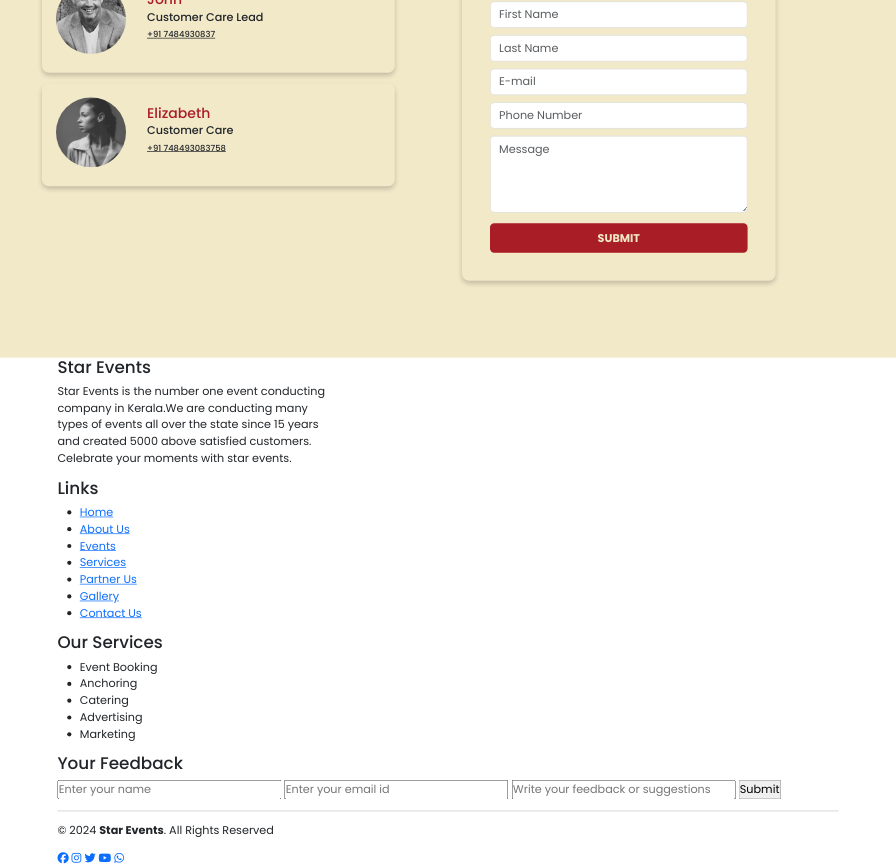
Repository: SharonSebastian32/Event-Management-System-
Page: index.html
These files come from the project's save history. The page is drawn as it stood at one moment and after the next save; the edit follows.
The browser window is 1280 px wide. The pictures show the part of the page from y = 4490 to 6410 px (the page is 5729 px tall before and 6410 px after), at 70% of full size.
A picture or video elsewhere on the page could not be fetched, so the positions and the page height are approximate. Some web libraries are served in a nearby version.

Above is the page before, as saved 2024-09-06 12:30:11.
Not found: assets/css/ContactUs.css

### index.html
<!DOCTYPE html>
<html lang="en">
  <head>
    <meta charset="UTF-8" />
    <meta name="viewport" content="width=device-width, initial-scale=1.0" />
    <link rel="icon" type="image/x-icon" href="./Assets/images/aa.png" />
    <title>Star Events</title>
    <link
      rel="stylesheet"
      href="https://cdnjs.cloudflare.com/ajax/libs/font-awesome/5.15.4/css/all.min.css"
    />
    <link rel="stylesheet" href="./Css/Styles.css" />

    <!-- conatct us  style -->
    <link rel="stylesheet" href="/assets/css/ContactUs.css" />
    <link
      href="https://cdn.jsdelivr.net/npm/bootstrap@5.3.0/dist/css/bootstrap.min.css"
      rel="stylesheet"
    />

    <!-- footer link  style   -->
    <link
      rel="stylesheet"
      href="https://cdnjs.cloudflare.com/ajax/libs/font-awesome/6.6.0/css/all.min.css"
      integrity="sha512-Kc323vGBEqzTmouAECnVceyQqyqdsSiqLQISBL29aUW4U/M7pSPA/gEUZQqv1cwx4OnYxTxve5UMg5GT6L4JJg=="
      crossorigin="anonymous"
      referrerpolicy="no-referrer"
    />
  </head>
  <body>
    <!-- hero section start -->
    <nav>
      <div class="nav-container">
        <div class="logo">
          <a href="#home">
            <img src="./Assets/images/aa.png" alt="Event Management Logo" />
          </a>
        </div>
        <ul class="nav-links">
          <li><a href="#home">HOME</a></li>
          <li><a href="#about">ABOUT US</a></li>
          <li><a href="#events-sect">EVENTS</a></li>
          <li><a href="#services">SERVICES</a></li>
          <li><a href="#partners us">PARTNERS US</a></li>
          <li><a href="#gallery">GALLERY</a></li>
          <li><a href="#contact-us">CONTACT US</a></li>
        </ul>
        <div class="sign-in">
          <a href="#login">SIGN IN</a>
        </div>
      </div>
    </nav>

    <!-- Section for Event Management Video -->
    <section class="video-section">
      <video autoplay muted loop>
        <source src="./Assets/videos/aa.mp4" type="video/mp4" />
        Your browser does not support the video tag.
      </video>
    </section>

    <!-- hero section end -->

    <!-- about us section  start-->
    <section id="about" class="about-us-section">
      <div class="about-container">
        <div class="about-text">
          <h2>ABOUT US</h2>
          <p>
            We are a leading event management company specializing in creating
            unforgettable experiences for our clients. With a team of passionate
            professionals, we bring ideas to life and turn your vision into
            reality.
          </p>
          <p>
            Whether it’s a corporate event, wedding, or private celebration, our
            attention to detail and personalized approach ensures that every
            event is a success.
          </p>
        </div>
        <div class="about-image">
          <img src="./Assets/images/about-us.jpg" alt="About Us" />
        </div>
      </div>
    </section>
    <!-- about us section  ends-->

    <!-- events section start -->

    <section id="events-sect" style="background-color: #f2e9c9">
      <center>
        <h1
          style="font-size: 45px; color: #a91d26; padding-top: 10px"
          data-aos="zoom-in"
        >
          EVENTS
        </h1>
        <form class="search-form" data-aos="flip-down">
          <input
            type="text"
            name="search"
            id="search"
            placeholder="Search events by name, category, price"
            data-aos="flip-down"
          />
          <button type="submit">Search</button>
        </form>
      </center>
      <div class="event-container" id="event-container">
        <!-- Event cards will be injected here by JavaScript -->
      </div>
      <div id="event-modal" class="modal" data-aos="fade-in">
        <div class="modal-content">
          <span class="close">&times;</span>
          <h2>Event Details</h2>
          <p id="event-description">Details will be displayed here.</p>
          <br />
          <a
            href="https://sharonsebastian32.github.io/razorpaypaymentgateway_implementation/"
            target="_blank"
          >
            <button class="view-details-btn">Register Now</button>
          </a>
        </div>
      </div>
    </section>

    <!-- events section end -->

    <!-- conatct us section -->
    <div class="container-fluid contact_us" id="contact-us">
      <h2>CONTACT-US</h2>
      <h6>Our team of customer care is ready to hear from you.</h6>

      <div class="row main_section">
        <div class="col-md-6 section1">
          <h3>Customer Care</h3>
          <p>
            Not sure where to start? Need help adding that extra mojo to your
            landing page? Just visit our
            <span>hepl center</span> or get in touch with us:
          </p>
          <div class="customer_care">
            <div class="customer_care_profile">
              <div class="profile_img">
                <img src="./Assets/images/men.jpg" alt="customer_care" />
              </div>
              <div class="profile_details">
                <h5>John</h5>
                <h6>Customer Care Lead</h6>
                <p>+91 7484930837</p>
              </div>
            </div>
            <div class="customer_care_profile">
              <div class="profile_img">
                <img src="./Assets/images/women.jpg" alt="customer_care" />
              </div>
              <div class="profile_details">
                <h5>Elizabeth</h5>
                <h6>Customer Care</h6>
                <p>+91 748493083758</p>
              </div>
            </div>
          </div>
        </div>
        <div class="col-md-6 section2">
          <h3>Reach out of us!</h3>
          <p>
            Got a question about us? Are you intereseted in partnering with us?
            Have some suggestions or just want to say Hi? Contact Us:
          </p>
          <form action="">
            <input
              class="form-control"
              type="text"
              name="first_name"
              placeholder="First Name"
              required
            />
            <input
              class="form-control"
              type="text"
              name="last_name"
              placeholder="Last Name"
              required
            />
            <input
              class="form-control"
              type="email"
              name="email"
              placeholder="E-mail"
              required
            />
            <input
              class="form-control"
              type="tel"
              name="phone"
              placeholder="Phone Number"
              required
            />
            <textarea
              class="form-control"
              name="message"
              id=""
              rows="4"
              placeholder="Message"
            ></textarea>
            <button class="btn">SUBMIT</button>
          </form>
        </div>
      </div>
    </div>
    <!-- contact us section -->

    <!-- footer section start -->
    <footer>
      <div class="container">
        <div class="row">
          <div class="footer-col">
            <h4>Star Events</h4>
            <p>
              Star Events is the number one event conducting <br />company in
              Kerala.We are conducting many <br />types of events all over the
              state since 15 years<br />
              and created 5000 above satisfied customers.<br />Celebrate your
              moments with star events.
            </p>
          </div>

          <div class="footer-col">
            <h4>Links</h4>
            <ul>
              <li><a href="">Home</a></li>
              <li><a href="">About Us</a></li>
              <li><a href="">Events</a></li>
              <li><a href="">Services</a></li>
              <li><a href="">Partner Us</a></li>
              <li><a href="">Gallery</a></li>
              <li><a href="">Contact Us</a></li>
            </ul>
          </div>

          <div class="footer-col">
            <h4>Our Services</h4>
            <ul>
              <li>Event Booking</li>
              <li>Anchoring</li>
              <li>Catering</li>
              <li>Advertising</li>
              <li>Marketing</li>
            </ul>
          </div>

          <div class="footer-col">
            <h4>Your Feedback</h4>
            <form action="">
              <input
                type="text"
                placeholder="Enter your name"
                class="inputname"
              />
              <input
                type="email"
                placeholder="Enter your email id"
                class="inputemail"
              />
              <input
                type="text"
                placeholder="Write your feedback or suggestions"
                class="inputfs"
              />
              <input type="submit" value="Submit" class="inputSubmit" />
            </form>
          </div>
        </div>
        <hr />
        <div class="row">
          <div class="col">
            <p>&#169;&nbsp;2024 <b>Star Events</b>. All Rights Reserved</p>
          </div>

          <div class="socialIcons">
            <a href=""><i class="fa-brands fa-facebook"></i></a>
            <a href=""><i class="fa-brands fa-instagram"></i></a>
            <a href=""><i class="fa-brands fa-twitter"></i></a>
            <a href=""><i class="fa-brands fa-youtube"></i></a>
            <a href=""><i class="fa-brands fa-whatsapp"></i></a>
          </div>
        </div>
      </div>
    </footer>
    <!-- footer setcion section end -->

    <script src="./Js/Scripts.js"></script>
    <script src="https://cdn.jsdelivr.net/npm/bootstrap@5.3.0/dist/js/bootstrap.bundle.min.js"></script>
  </body>
</html>

### Css/Styles.css
 @import url('https://fonts.googleapis.com/css2?family=Poppins:ital,wght@0,100;0,200;0,300;0,400;0,500;0,600;0,700;0,800;0,900;1,100;1,200;1,300;1,400;1,500;1,600;1,700;1,800;1,900&display=swap');

:root {
    --main-color: #d3ad7f;
    --black: #13131a;
    --bg: #010103;
    --border: .1rem solid rgba(255, 255, 255, .3);
}


body {
    margin: 0;
font-family: "Poppins"; }

nav {
    background-color: #f2e9c9;
    padding: 10px 20px;
}

.nav-container {
    display: flex;
    justify-content: space-between;
    align-items: center;
}

.logo img {
    height: 80px;
}

.nav-links {
    list-style-type: none;
    display: flex;
    margin: 0;
    padding: 0;
}

.nav-links li {
    margin: 0 20px;
}

.nav-links li a {
    color: #a91d26;
    text-decoration: none;
    font-weight: bold;
}

.nav-links li a:hover {
    color: #FFD700;
    /* Golden color */
}

.sign-in a {
    background-color: #FFD700;
    color: maroon;
    padding: 10px 20px;
    border-radius: 5px;
    text-decoration: none;
    font-weight: bold;
}

.sign-in a:hover {
    background-color: #FFA500;
    /* Darker golden shade */
    color: #233244;
}

/* Styling for Video Section */
.video-section {
    width: 100%;
    height: 100vh;
    /* Full viewport height */
    overflow: hidden;
    position: relative;
}

.video-section video {
    position: absolute;
    top: 0;
    left: 0;
    width: 100%;
    height: 100%;
    object-fit: cover;
    /* Ensures the video covers the entire container */
}





/* event css start */


 * {
     margin: 0;
     padding: 0;
     box-sizing: border-box;
     font-family: "Poppins";
 }


 body {
      background-color: rgb(255, 255, 220);
 }

 .event-container {
     display: flex;
     flex-direction: column;
     align-items: center;
     padding: 20px;
     width: 70%;

 }

 .event-card {
     display: flex;
     background-color: #ffffff;
     box-shadow: 0 4px 8px hwb(0 51% 46% / 0.926);
     border-radius: 10px;
     overflow: hidden;
     margin-bottom: 20px;
     width: 80%;
     max-width: 800px;
 }

 .event-card img {
     margin: 20px;
     width: 260px;
     height: 200px;
     object-fit: cover;
 }

 .event-details {
     padding: 20px;
     display: flex;
     flex-direction: column;
     justify-content: space-between;
 }

 .event-details h2 {
     font-size: 1.5em;
     margin-bottom: 10px;
 }

 .event-details p {
     margin-bottom: 8px;
     font-size: 0.95em;
 }

 .event-details a {
     color: #007BFF;
     text-decoration: none;
 }

 .event-details a:hover {
     text-decoration: underline;
 }

 .price,
 .date,
 .location {
     font-weight: bold;
 }

 .social-links a {
     margin-right: 10px;
     color: #555;
 }

 .social-links a:hover {
     color: #007BFF;
 }


 .search-form {
     display: flex;
     justify-content: center;
     align-items: center;
     margin: 20px 0;
 }

 .search-form input[type="text"] {
     padding: 10px;
     font-size: 16px;
     border: 2px solid #ccc;
     border-radius: 30px 0 0 30px;
     outline: none;
     width: 300px;
     transition: all 0.3s ease;
 }

 .search-form input[type="text"]:focus {
     border-color: #a91d26;
 }

 .search-form button {
     padding: 10px 20px;
     background-color: #a91d26;
     color: white;
     border: none;
     border-radius: 0 30px 30px 0;
     cursor: pointer;
     font-size: 16px;
     transition: background-color 0.3s ease;
 }

 .search-form button:hover {
     background-color: #480606;
 }

 .search-form button:focus {
     outline: none;
 }

 .view-details-btn {
     background-color: red;
     /* Red background */
     color: white;
     /* White text */
     padding: 5px 10px;
     /* Smaller padding */
     border: none;
     /* No border */
     cursor: pointer;
     /* Pointer on hover */
     font-size: 14px;
     /* Smaller font size */
     border-radius: 3px;
     /* Slightly rounded corners */
     margin-top: 10px;
     /* Margin at the top */
     transition: background-color 0.3s ease;
     /* Smooth hover transition */
 }

 .view-details-btn:hover {
     background-color: darkred;
     /* Darker red on hover */
 }



 /* The Modal (background) */
 .modal {
     display: none;
     /* Hidden by default */
     position: fixed;
     /* Stay in place */
     z-index: 1;
     /* Sit on top */
     left: 0;
     top: 0;
     width: 100%;
     /* Full width */
     height: 100%;
     /* Full height */
     background-color: rgba(0, 0, 0, 0.5);
     /* Black background with opacity */
 }

 /* Modal Content */
 .modal-content {
     background-color: white;
     margin: 10% auto;
     padding: 20px;
     border: 1px solid #888;
     width: 1000px;
     height: 400px;
     position: relative;
     box-shadow: 0 4px 8px rgba(0, 0, 0, 0.2);
 }

 /* Close Button */
 .close {
     color: #aaa;
     float: right;
     font-size: 28px;
     font-weight: bold;
     cursor: pointer;
 }

 .close:hover,
 .close:focus {
     color: black;
     text-decoration: none;
     cursor: pointer;
 }

/* event css end */



/* contact css start */
@import url('https://fonts.googleapis.com/css2?family=SUSE:wght@100..800&display=swap');

:root {
    --primary-color: #f2e9c9;
    --secondary-color: #233244;
    --ternay-color: #a91d26;
    --primary-font: "SUSE", sans-serif;
}

body {
    margin: 0;
    padding: 0;
    box-sizing: border-box;
    font-family: var(--primary-font);
}

.contact_us {
    background-color: var(--primary-color);
    min-height: 100vh;
    padding: 40px !important;
}

.contact_us>h2 {
    text-align: center;
    color: var(--ternay-color);
    font-weight: 700;
    letter-spacing: 3px;

}

.contact_us>h6 {
    text-align: center;
    color: var(--secondary-color);

}

.contact_us>.main_section {
    margin: 30px 0px;
    padding: 30px 0px;
}

.main_section>.section1 {
    padding: 10px 20px;
}

.main_section>.section1>h3 {
    color: var(--ternay-color);
    font-weight: 700;
}

.main_section>.section1>p {
    color: var(--secondary-color);
    font-weight: 400;
    font-size: 14px;
    max-width: 90%;
    margin-bottom: 30px;
}

.customer_care>.customer_care_profile {
    display: flex;
    padding: 20px;
    border-radius: 10px;
    margin: 15px 0px;
    max-width: 90%;
    box-shadow: 0px 4px 8px rgba(0, 0, 0, 0.2);
    cursor: pointer;
}

.customer_care>.customer_care_profile>.profile_img {
    margin-right: 30px;
    border-radius: 50%;
    width: 100px;
    height: 100px;
    overflow: hidden;

}

.customer_care>.customer_care_profile>.profile_img>img {
    object-fit: cover;
    width: 100%;
    height: 100%;
    filter: grayscale();
}

.customer_care>.customer_care_profile>.profile_details {
    margin: 10px 0px;
}

.customer_care>.customer_care_profile>.profile_details>h5 {
    color: var(--ternay-color);
    font-size: 20px;
    font-weight: 500;
    margin-bottom: 4px;
}

.customer_care>.customer_care_profile>.profile_details>h6 {
    margin-bottom: 6px;
    font-size: 16px;
}

.customer_care>.customer_care_profile>.profile_details>p {
    font-size: 12px;
    font-weight: 500;
    text-decoration: underline;

}

.main_section>.section2 {
    padding: 10px 20px;
}

.main_section>.section2>h3 {
    color: var(--ternay-color);
    font-weight: 700;
}

.main_section>.section2>p {
    color: var(--secondary-color);
    font-weight: 400;
    font-size: 14px;
    max-width: 90%;
    margin-bottom: 30px;
}

.main_section>.section2>form {
    display: flex;
    flex-direction: column;
    max-width: 80%;
    box-shadow: 0px 4px 8px rgba(0, 0, 0, 0.2);
    padding: 40px;
    border-radius: 10px;
}

.main_section>.section2>form>input {
    margin: 5px 0px;

}

.main_section>.section2>form>textarea {
    margin: 5px 0px;

}

.main_section>.section2>form>button {
    background-color: var(--ternay-color);
    color: var(--primary-color);
    margin-top: 10px;
    border: 2px solid var(--ternay-color);
    font-weight: bold;
    padding: 7px;
    transition: 0.4s ease-in-out;

}

.main_section>.section2>form>button:hover {
    background-color: var(--primary-color);
    color: var(--ternay-color);
}
 /* contact css end */




   /* About Us Section Styling */
   .about-us-section {
       display: flex;
       align-items: center;
       justify-content: center;
       padding: 50px 20px;
       background-color: #efefef;
   }

   .about-container {
       display: flex;
       flex-direction: row;
       align-items: center;
       justify-content: space-between;
       max-width: 1200px;
       width: 100%;
   }

   .about-text {
       flex: 1;
       margin-right: 20px;
       max-width: 600px;
       /* Limits the width of the text block */
   }

   .about-text h2 {
       font-size: 2.5rem;
       color: #333;
   }

   .about-text p {
       font-size: 1.1rem;
       color: #555;
       line-height: 1.6;
       text-align: justify;
       /* Makes the paragraph text aligned in a block */
       margin-bottom: 20px;
       /* Consistent space between paragraphs */
   }

   .about-image {
       flex: 1;
       text-align: right;
   }

   .about-image img {
       max-width: 100%;
       height: auto;
       border-radius: 10px;
   }




   /* footer section */

### Js/Scripts.js
document.addEventListener("DOMContentLoaded", () => {
  fetch("../json/events.json")
    .then((response) => response.json())
    .then((data) => renderEvents(data))
    .catch((error) => console.error("Error loading events:", error));

  const modal = document.getElementById("event-modal");
  const closeBtn = document.querySelector(".close");

  closeBtn.onclick = function () {
    modal.style.display = "none";
  };

  window.onclick = function (event) {
    if (event.target === modal) {
      modal.style.display = "none";
    }
  };
});

function renderEvents(events) {
  const eventContainer = document.getElementById("event-container");
  events.forEach((event) => {
    const eventCard = document.createElement("div");
    eventCard.classList.add("event-card");

    eventCard.innerHTML = `
      <img src="${event.thumbnail}" alt="${event.eventName}">
      <div class="event-details">
        <h2>${event.eventName}</h2>
        <p class="date"><strong>Date:</strong> ${new Date(
          event.date
        ).toLocaleDateString()}</p>
        <p class="time"><strong>Time:</strong> ${new Date(
          event.startTime
        ).toLocaleTimeString()} - ${new Date(
      event.endTime
    ).toLocaleTimeString()}</p>
        <p class="location"><strong>Location:</strong> ${
          event.location.venueName
        }, ${event.location.city}, ${event.location.state}, ${
      event.location.country
    }</p>
        <p class="price"><strong>Price:</strong> ₹${event.price.basePrice}</p>
        <button class="view-details-btn">View Details</button>
      </div>
    `;

    eventContainer.appendChild(eventCard);

    const viewDetailsBtn = eventCard.querySelector(".view-details-btn");
    viewDetailsBtn.addEventListener("click", () => {
      document.getElementById(
        "event-description"
      ).textContent = `More details about ${event.eventName}...`;
      document.getElementById("event-modal").style.display = "block";
    });
  });
}

Loaded but not shown: json/events.json (837 lines, source omitted)

After the next save:
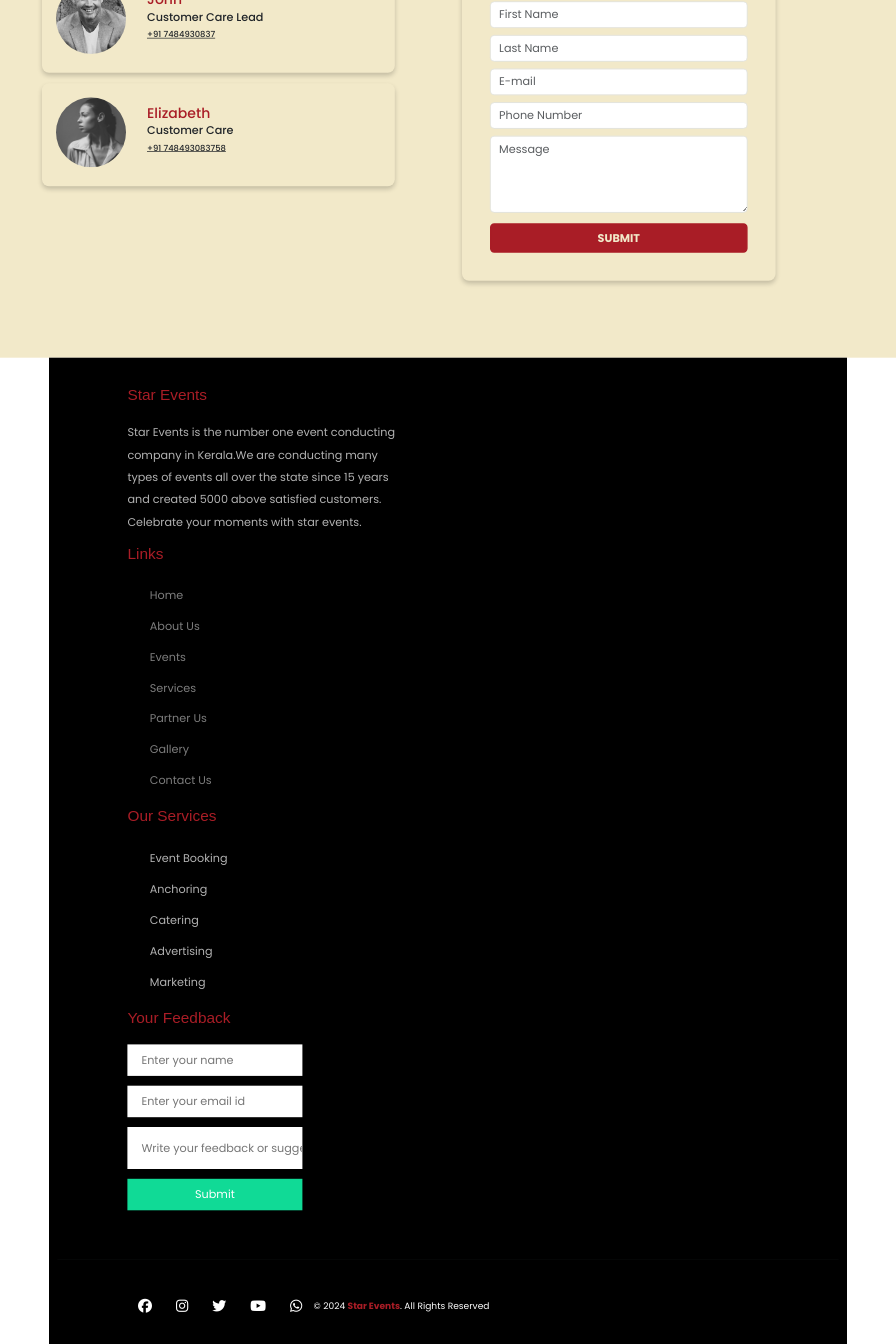
Saved 44 s later.
--- a/Css/Styles.css
+++ b/Css/Styles.css
@@ -508,3 +508,134 @@
 
 
    /* footer section */
+        * {
+            padding: 0;
+            margin: 0;
+            box-sizing: border-box;
+            font-family: 'Poppins', sans-serif;
+        }
+
+        footer .container {
+            background-color: black;
+        }
+
+        .row {
+            display: flex;
+            justify-content: space-between;
+            padding: 40px 100px;
+        }
+
+        .footer-col ul {
+            list-style: none;
+        }
+
+        .footer-col h4 {
+            color: #a91d26;
+            margin-bottom: 25px;
+            font-size: 22px;
+            position: relative;
+            font-family: 'Ubuntu', sans-serif;
+
+        }
+
+        .footer-col ul li {
+            padding: 10px 0;
+
+        }
+
+        .footer-col ul li a {
+            color: white;
+            text-decoration: none;
+            font-size: 16px;
+            opacity: 0.7;
+            transition: 0.5s;
+        }
+
+        .footer-col ul li a:hover {
+            opacity: 1;
+        }
+
+        .footer-col ul li {
+            color: white;
+            text-decoration: none;
+            font-size: 16px;
+            opacity: 0.7;
+            transition: 0.5s;
+        }
+
+        .footer-col p {
+            color: white;
+            text-decoration: none;
+            font-size: 16px;
+            opacity: 0.7;
+            transition: 0.5s;
+            line-height: 2;
+        }
+
+        .footer-col input {
+            border: none;
+            width: 250px;
+            height: 45px;
+            display: block;
+            padding-left: 20px;
+            margin: 14px 0px;
+        }
+
+
+        .footer-col .inputSubmit {
+            padding: 0px 20px;
+            background-color: rgb(16, 218, 150);
+            border: none;
+            color: white;
+        }
+
+        .footer-col .inputSubmit:hover {
+            background-color: rgb(3, 114, 77);
+            ;
+
+        }
+
+        .footer-col .inputfs:hover {
+            background-color: rgb(251, 255, 3);
+
+        }
+
+        .footer-col .inputemail:hover {
+            background-color: rgb(251, 255, 3);
+
+        }
+
+        .footer-col .inputname:hover {
+            background-color: rgb(251, 255, 3);
+
+        }
+
+
+
+        .footer-col .inputfs {
+            height: 60px;
+        }
+
+        .col p {
+            color: white;
+            position: absolute;
+            left: 35%;
+            font-size: small;
+
+        }
+
+        .col p b {
+            color: #a91d26;
+        }
+
+        .row hr {
+            opacity: 0.7s;
+        }
+
+        .row .socialIcons i {
+            display: inline-block;
+            color: white;
+            font-size: 20px;
+            margin: 0 15px;
+            transition: 0.5s;
+        }
